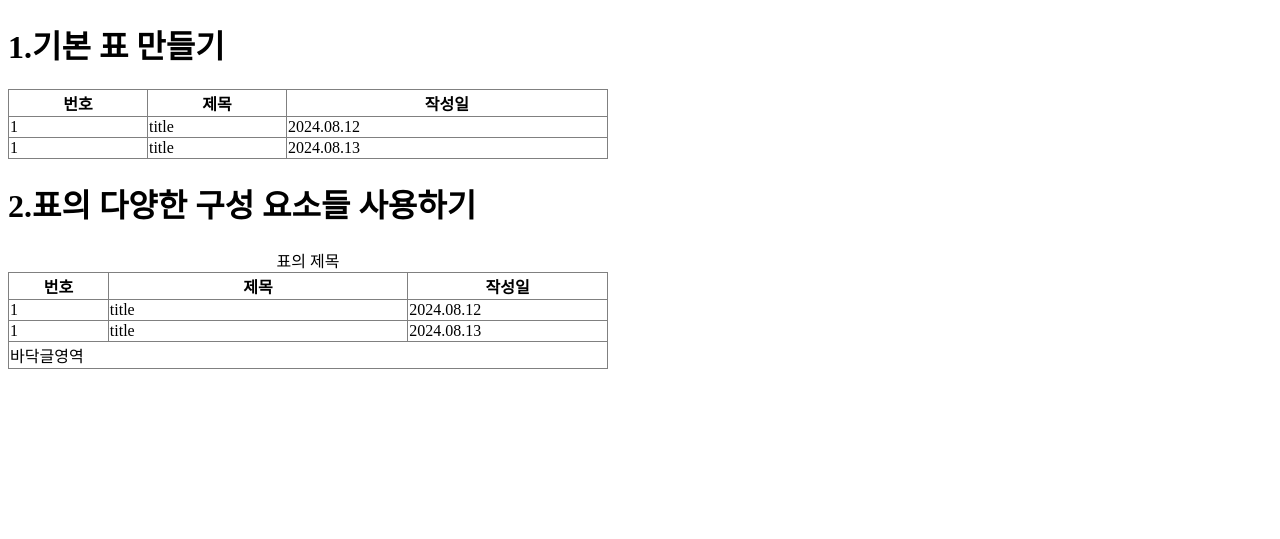
Repository: Junvelop/hkdevelope
Page: Downloads/back_end_edu20240624-master (1)/front_end_20240627/src/main/webapp/html05_표만들기.html
These files come from the project's save history. The page is drawn as it stood at one moment and after the next save; the edit follows.
The browser window is 1280 px wide. The pictures show the whole page.

Above is the page before, as saved 2024-08-12 06:50:03.

### Downloads/back_end_edu20240624-master (1)/front_end_20240627/src/main/webapp/html05_표만들기.html
<!DOCTYPE html>
<html>
<head>
<meta charset="EUC-KR">
<title>html05_표만들기</title>
<style type = "text/css">
		table{border-collapse : collapse;}
		.tb{width:600px;}
</style>


</head>
<body>
<h1>1.기본 표 만들기</h1>
	<table border = "1" class = "tb">
		<tr>    <th>번호</th>   <th>제목</th>    <th>작성일</th>    </tr>
		<tr>    <td>1</td>   <td>title</td>    <td>2024.08.12</td>    </tr>
		<tr>    <td>1</td>   <td>title</td>    <td>2024.08.13</td>    </tr>
	</table>


<h1>2.표의 다양한 구성 요소들 사용하기</h1>
	<table border = "1" class = "tb">
		<caption>표의 제목 </caption>
		<col width = "100px"/> <col width = "300px"/> <col width = "200px"/>
		<thead>
		<tr>    <th>번호</th>   <th>제목</th>    <th>작성일</th>    </tr>  </thead>
	<tbody>	<tr>    <td>1</td>   <td>title</td>    <td>2024.08.12</td>    </tr>
		<tr>    <td>1</td>   <td>title</td>    <td>2024.08.13</td>    </tr>

	</tbody>

	<tfoot>
			<tr><td colspan = "3"> 바닥글영역 </td></tr>
	</tfoot>
	</table>


</body>
</html>

After the next save:
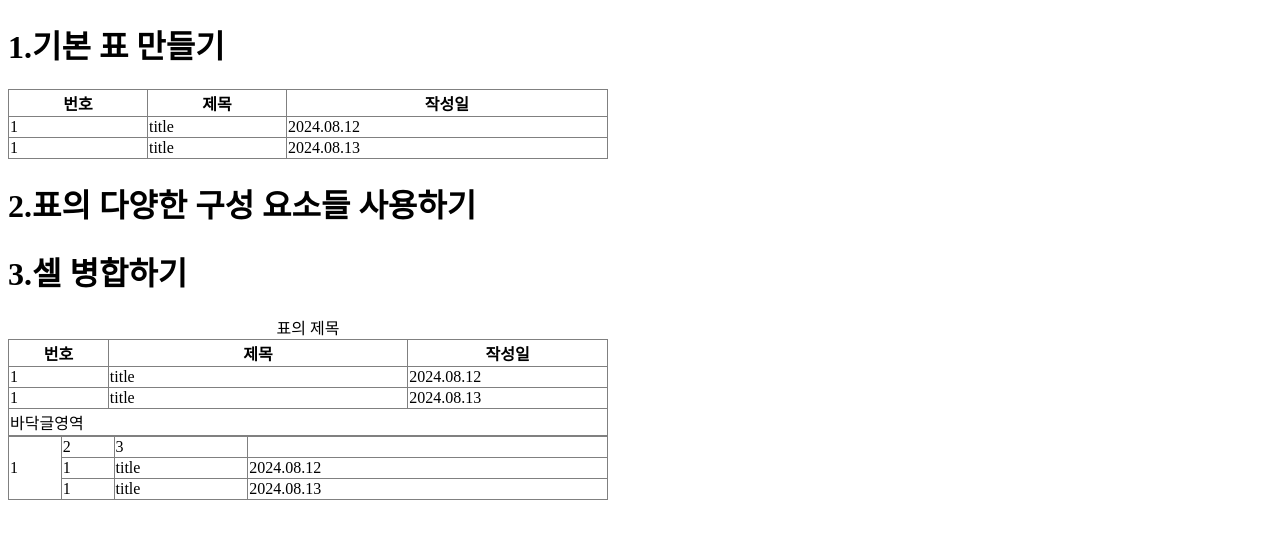
Saved 6 min 5 s later.
--- a/Downloads/back_end_edu20240624-master (1)/front_end_20240627/src/main/webapp/html05_표만들기.html
+++ b/Downloads/back_end_edu20240624-master (1)/front_end_20240627/src/main/webapp/html05_표만들기.html
@@ -33,6 +33,17 @@
 	<tfoot>
 			<tr><td colspan = "3"> 바닥글영역 </td></tr>
 	</tfoot>
+
+
+
+<h1>3.셀 병합하기</h1>
+	<table border = "1" class = "tb">
+		<tr>    <td rowspan ="3">1</td>   <td>2</td>    <td>3</td>    </tr>
+		<tr>    <td>1</td>   <td>title</td>    <td>2024.08.12</td>    </tr>
+		<tr>    <td>1</td>   <td>title</td>    <td>2024.08.13</td>    </tr>
+	</table>
+
+
 	</table>
 
 
